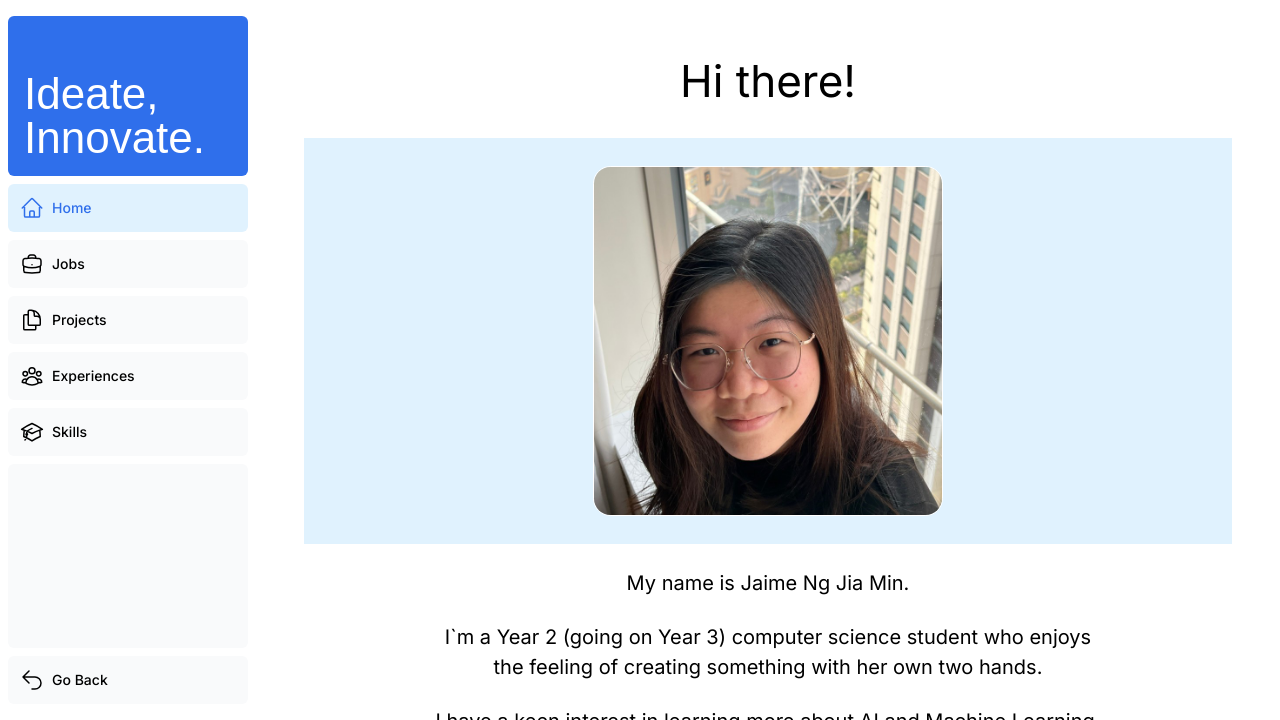
Repository: ThatGirlJam/jaime-portfolio
Page: /dashboard
The author's editor kept a copy of each file at every save. The page is drawn from the files as they stood at one save, then again after the next save.
The browser window is 1280 px wide. The pictures show the whole page.
An inner scrolling area shows only its first screen. Some web fonts or font styles are not loaded; a fallback is used. The project was rebuilt for these pictures with package versions that can differ from the ones it lists, and the page was loaded fresh each time. The framework's server and built-in components were replaced by stand-ins that run in the browser. Also part of the build but not shown: next.config.js.

Above is the page before, as saved 2024-06-05 20:48:52.

After the next save:
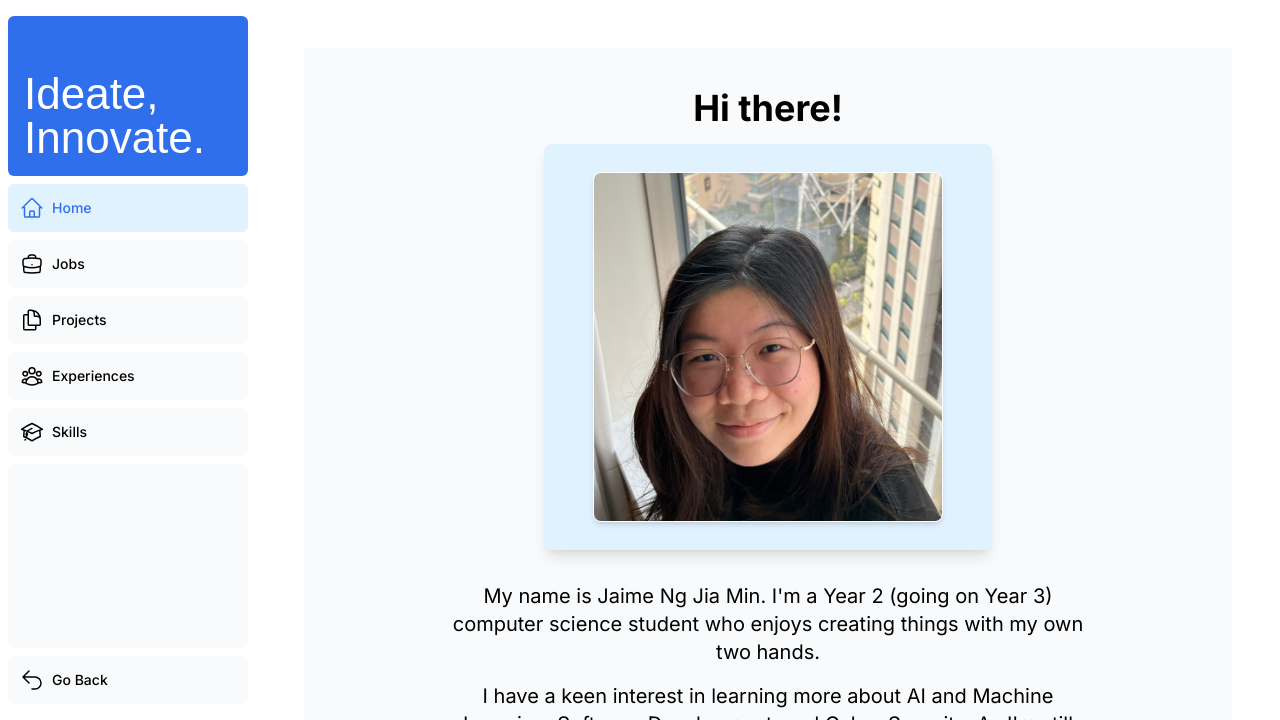
Saved 11 min 12 s later.
--- a/app/dashboard/page.tsx
+++ b/app/dashboard/page.tsx
@@ -1,100 +1,71 @@
 import Image from 'next/image';
 
 export default function Page() {
-  const imageStyle = {
-    borderRadius: '5%',
-    border: '1px solid #fff',
-  };
-
-  const divStyle = {
-    display: 'flex',
-    justifyContent: 'center', // Horizontally center the image
-  };
-
-  const dashedLineStyle = {
-    width: '200px',
-    height: '2px',
-    border: '1px dashed black',
-    margin: '20px auto', // Center the dashed line horizontally
-  };
-
   return (
-    <div className="text-center">
-      {' '}
-      {/* Apply text-center class to center-align all content */}
-      <p className="text-[44px]"> Hi there! </p>
-      <br />
-      <div className="bg-sky-100 py-7 backdrop-opacity-40">
-        <div style={divStyle}>
+    <div className="flex min-h-screen flex-col items-center bg-gray-50 py-10 text-center">
+      <h1 className="mb-4 text-4xl font-bold">Hi there!</h1>
+      <div className="w-full max-w-md rounded-lg bg-sky-100 py-7 shadow-lg">
+        <div className="flex justify-center">
           <Image
             src="/jaime-linkedin-photo.jpeg"
             width={350}
             height={350}
-            style={imageStyle}
-            alt="Screenshots of jaime linkedin photo"
+            className="rounded-lg border border-white shadow-md"
+            alt="Photo of Jaime"
           />
         </div>
       </div>
-      <br />
-      <p className="text-[20px]"> My name is Jaime Ng Jia Min. </p>
-      <br />
-      <div className="mx-auto max-w-2xl">
-        {' '}
-        {/* Apply mx-auto class to horizontally center the div */}
-        <p className="text-[20px]">
-          I`m a Year 2 (going on Year 3) computer science student who enjoys the
-          feeling of creating something with her own two hands.
+      <div className="mt-8 w-full max-w-2xl px-4">
+        <p className="mb-4 text-xl">
+          My name is Jaime Ng Jia Min. I'm a Year 2 (going on Year 3) computer
+          science student who enjoys creating things with my own two hands.
         </p>
-        <br />
-        <p className="text-[20px]">
+        <p className="mb-4 text-xl">
           I have a keen interest in learning more about AI and Machine Learning,
-          Software Development and Cyber Security. As I`m still exploring my
-          passions, I`m be eager to learn anything even if it is outside my
-          comfort zone.
+          Software Development, and Cyber Security. As I'm still exploring my
+          passions, I'm eager to learn anything, even if it's outside my comfort
+          zone.
         </p>
-        <br />
-        <p className="text-[20px]">
-          I have outlined some of my projects, experiences and skills on this
+        <p className="mb-8 text-xl">
+          I have outlined some of my projects, experiences, and skills on this
           website for your perusal. This website was built using Next.js too!
         </p>
       </div>
-      <br />
-      {/* Dashed line */}
-      <div style={dashedLineStyle}></div>
-      <p className="text-[30px]">I would be happy to connect!</p>
-      {/* Dashed line */}
-      <div style={dashedLineStyle}></div>
-      <br />
-      <p className="text-[20px]">
+      <hr className="my-8 w-1/2 border-dashed border-gray-400" />
+      <h2 className="mb-4 text-2xl">I would be happy to connect!</h2>
+      <hr className="my-8 w-1/2 border-dashed border-gray-400" />
+      <p className="mb-4 text-xl">
         Feel free to contact me using any of the methods below.
       </p>
-      <br />
-      <ul>
-        <li>
+      <ul className="mb-8 text-xl">
+        <li className="mb-2">
           Github:{' '}
           <a
             href="https://github.com/ThatGirlJam"
             target="_blank"
-            className="text-blue-500"
+            className="text-blue-500 hover:underline"
           >
             link to my GitHub
-          </a>{' '}
+          </a>
         </li>
-        <li>
+        <li className="mb-2">
           Email:{' '}
-          <a href="mailto: jaimengjm@gmail.com" className="text-blue-500">
+          <a
+            href="mailto:jaimengjm@gmail.com"
+            className="text-blue-500 hover:underline"
+          >
             jaimengjm@gmail.com
-          </a>{' '}
+          </a>
         </li>
         <li>
           LinkedIn:{' '}
           <a
             href="https://www.linkedin.com/in/jaime-ng-jm/"
             target="_blank"
-            className="text-blue-500"
+            className="text-blue-500 hover:underline"
           >
             link to my LinkedIn Page
-          </a>{' '}
+          </a>
         </li>
       </ul>
     </div>

After the save that followed:
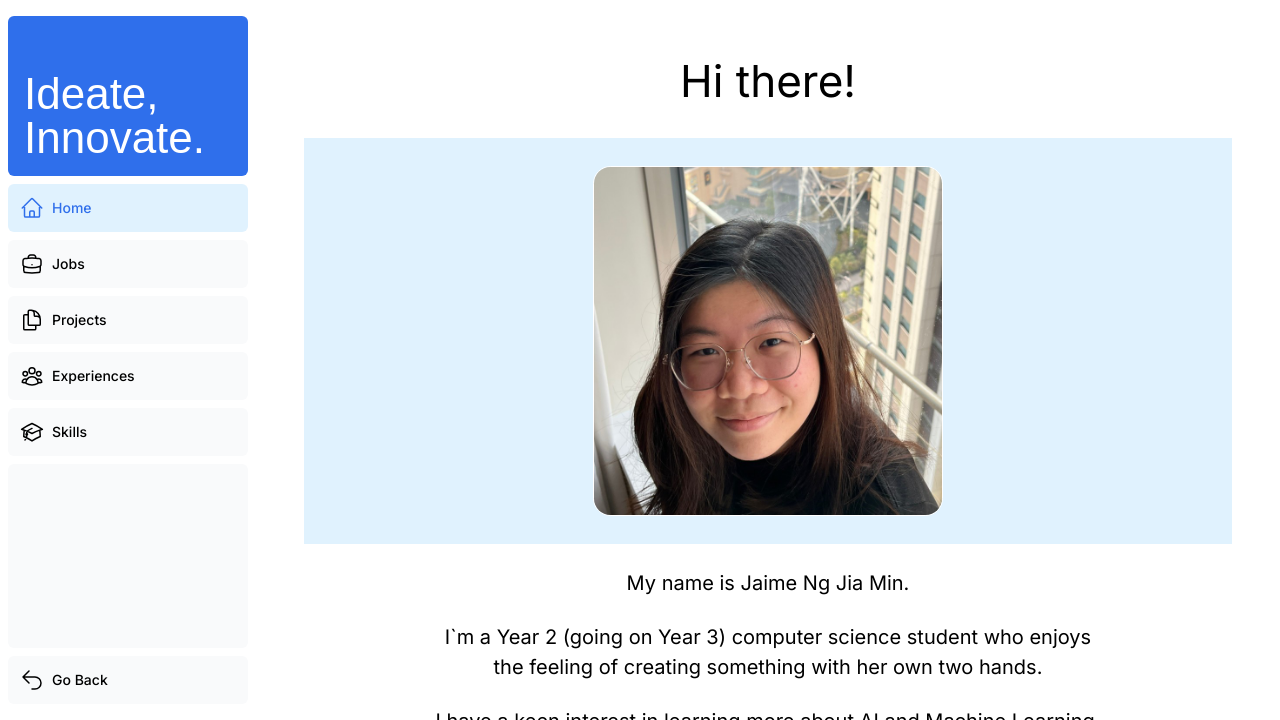
Saved 63 s later.
--- a/app/dashboard/page.tsx
+++ b/app/dashboard/page.tsx
@@ -1,71 +1,100 @@
 import Image from 'next/image';
 
 export default function Page() {
+  const imageStyle = {
+    borderRadius: '5%',
+    border: '1px solid #fff',
+  };
+
+  const divStyle = {
+    display: 'flex',
+    justifyContent: 'center', // Horizontally center the image
+  };
+
+  const dashedLineStyle = {
+    width: '200px',
+    height: '2px',
+    border: '1px dashed black',
+    margin: '20px auto', // Center the dashed line horizontally
+  };
+
   return (
-    <div className="flex min-h-screen flex-col items-center bg-gray-50 py-10 text-center">
-      <h1 className="mb-4 text-4xl font-bold">Hi there!</h1>
-      <div className="w-full max-w-md rounded-lg bg-sky-100 py-7 shadow-lg">
-        <div className="flex justify-center">
+    <div className="text-center">
+      {' '}
+      {/* Apply text-center class to center-align all content */}
+      <p className="text-[44px]"> Hi there! </p>
+      <br />
+      <div className="bg-sky-100 py-7 backdrop-opacity-40">
+        <div style={divStyle}>
           <Image
             src="/jaime-linkedin-photo.jpeg"
             width={350}
             height={350}
-            className="rounded-lg border border-white shadow-md"
-            alt="Photo of Jaime"
+            style={imageStyle}
+            alt="Screenshots of jaime linkedin photo"
           />
         </div>
       </div>
-      <div className="mt-8 w-full max-w-2xl px-4">
-        <p className="mb-4 text-xl">
-          My name is Jaime Ng Jia Min. I'm a Year 2 (going on Year 3) computer
-          science student who enjoys creating things with my own two hands.
+      <br />
+      <p className="text-[20px]"> My name is Jaime Ng Jia Min. </p>
+      <br />
+      <div className="mx-auto max-w-2xl">
+        {' '}
+        {/* Apply mx-auto class to horizontally center the div */}
+        <p className="text-[20px]">
+          I`m a Year 2 (going on Year 3) computer science student who enjoys the
+          feeling of creating something with her own two hands.
         </p>
-        <p className="mb-4 text-xl">
+        <br />
+        <p className="text-[20px]">
           I have a keen interest in learning more about AI and Machine Learning,
-          Software Development, and Cyber Security. As I'm still exploring my
-          passions, I'm eager to learn anything, even if it's outside my comfort
-          zone.
+          Software Development and Cyber Security. As I`m still exploring my
+          passions, I`m be eager to learn anything even if it is outside my
+          comfort zone.
         </p>
-        <p className="mb-8 text-xl">
-          I have outlined some of my projects, experiences, and skills on this
+        <br />
+        <p className="text-[20px]">
+          I have outlined some of my projects, experiences and skills on this
           website for your perusal. This website was built using Next.js too!
         </p>
       </div>
-      <hr className="my-8 w-1/2 border-dashed border-gray-400" />
-      <h2 className="mb-4 text-2xl">I would be happy to connect!</h2>
-      <hr className="my-8 w-1/2 border-dashed border-gray-400" />
-      <p className="mb-4 text-xl">
+      <br />
+      {/* Dashed line */}
+      <div style={dashedLineStyle}></div>
+      <p className="text-[30px]">I would be happy to connect!</p>
+      {/* Dashed line */}
+      <div style={dashedLineStyle}></div>
+      <br />
+      <p className="text-[20px]">
         Feel free to contact me using any of the methods below.
       </p>
-      <ul className="mb-8 text-xl">
-        <li className="mb-2">
+      <br />
+      <ul>
+        <li>
           Github:{' '}
           <a
             href="https://github.com/ThatGirlJam"
             target="_blank"
-            className="text-blue-500 hover:underline"
+            className="text-blue-500"
           >
             link to my GitHub
-          </a>
+          </a>{' '}
         </li>
-        <li className="mb-2">
+        <li>
           Email:{' '}
-          <a
-            href="mailto:jaimengjm@gmail.com"
-            className="text-blue-500 hover:underline"
-          >
+          <a href="mailto: jaimengjm@gmail.com" className="text-blue-500">
             jaimengjm@gmail.com
-          </a>
+          </a>{' '}
         </li>
         <li>
           LinkedIn:{' '}
           <a
             href="https://www.linkedin.com/in/jaime-ng-jm/"
             target="_blank"
-            className="text-blue-500 hover:underline"
+            className="text-blue-500"
           >
             link to my LinkedIn Page
-          </a>
+          </a>{' '}
         </li>
       </ul>
     </div>
